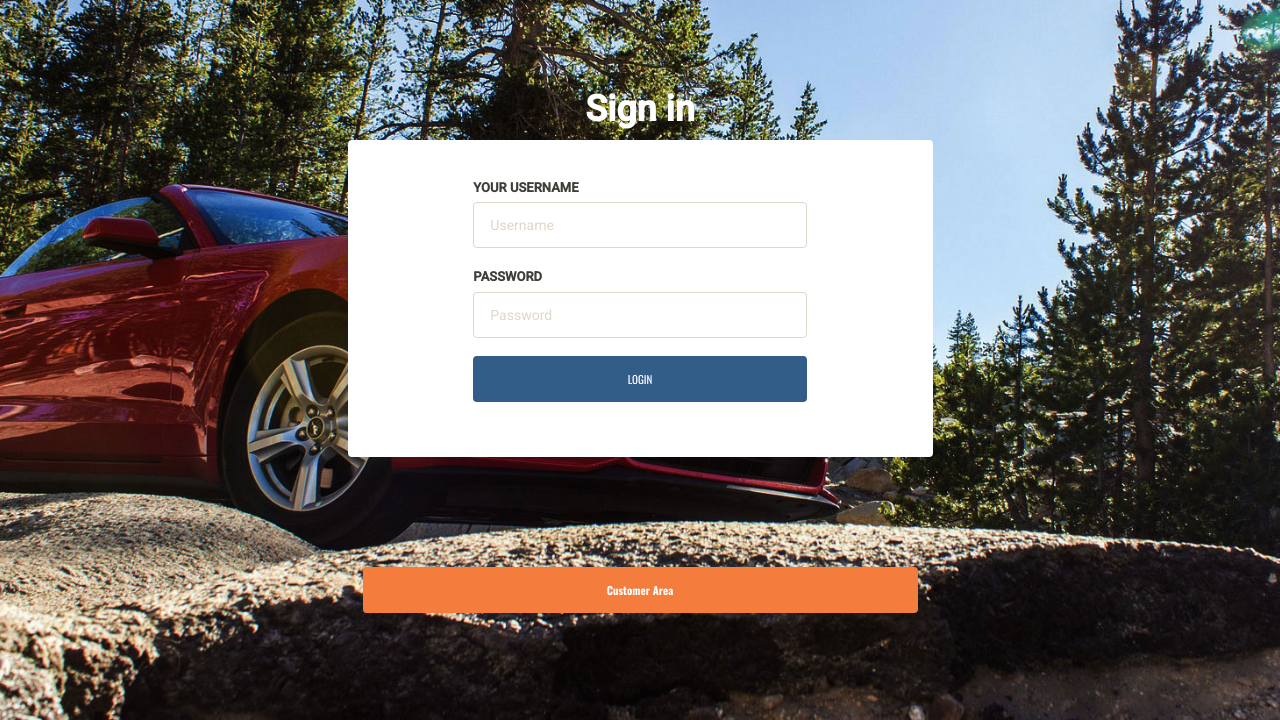
Repository: vincent254-hub/OCHMIS
Page: http://localhost/admin/
These files come from the project's save history. The page is drawn as it stood at one moment and after the next save; the edit follows.
The browser window is 1280 px wide. The pictures show the whole page.
The page is run by PHP 8.4 with error messages shown; the project is at /var/www/html/.

Above is the page before, as saved 2024-04-24 18:37:38.

After the next save:
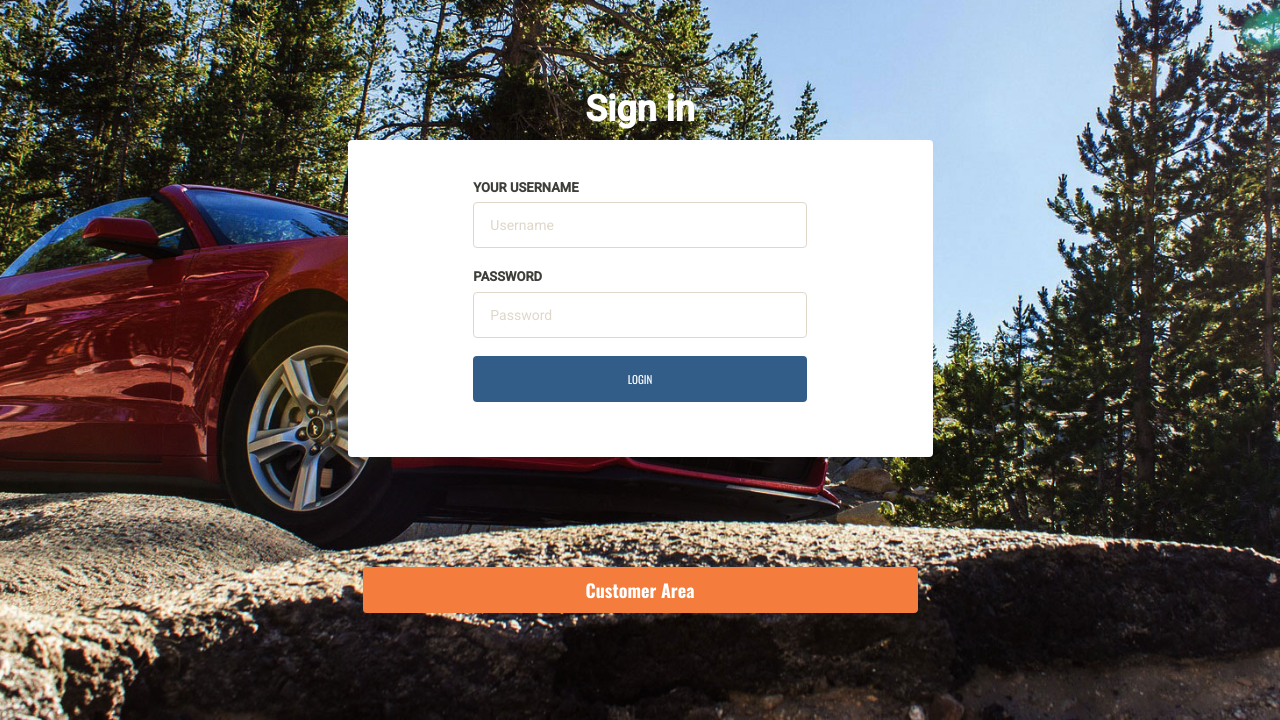
Saved 29 s later.
--- a/admin/index.php
+++ b/admin/index.php
@@ -74,7 +74,7 @@ echo "<script type='text/javascript'> document.location = 'dashboard.php'; </scr
 					</div>
 
 					<div class="col-md-6 col-md-offset-3">
-						<a href="../index.php" class="text-light text-center text-bold mt-4x text-uppercase mx-auto btn btn-block btn-warning">Customer Area</a>
+						<a href="../index.php" class="text-light text-center text-bold mt-4x text-lg mx-auto btn btn-block btn-warning">Customer Area</a>
 					</div>
 				</div>
 			</div>
